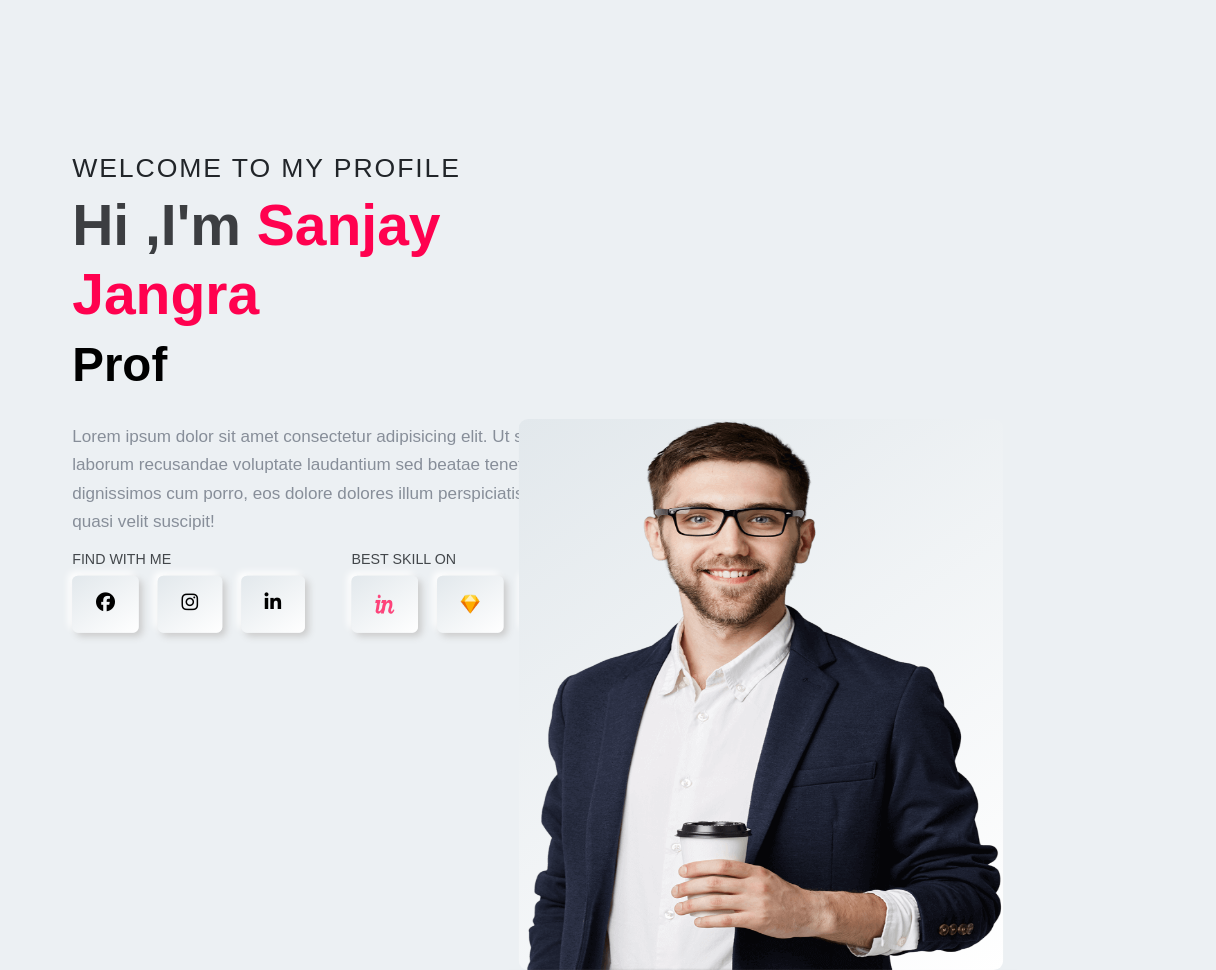
Repository: Sanjayjangra88/PortFolio
Page: /
The author's editor kept a copy of each file at every save. The page is drawn from the files as they stood at one save, then again after the next save.
The browser window is 1280 px wide. The pictures show the whole page, at 95% of full size.
Some web libraries are served in a nearby version. The project was rebuilt for these pictures with package versions that can differ from the ones it lists, and the page was loaded fresh each time. Also part of the build but not shown: src/Components/Header/Header.jsx.

Above is the page before, as saved 2022-09-10 21:11:32.

After the next save:
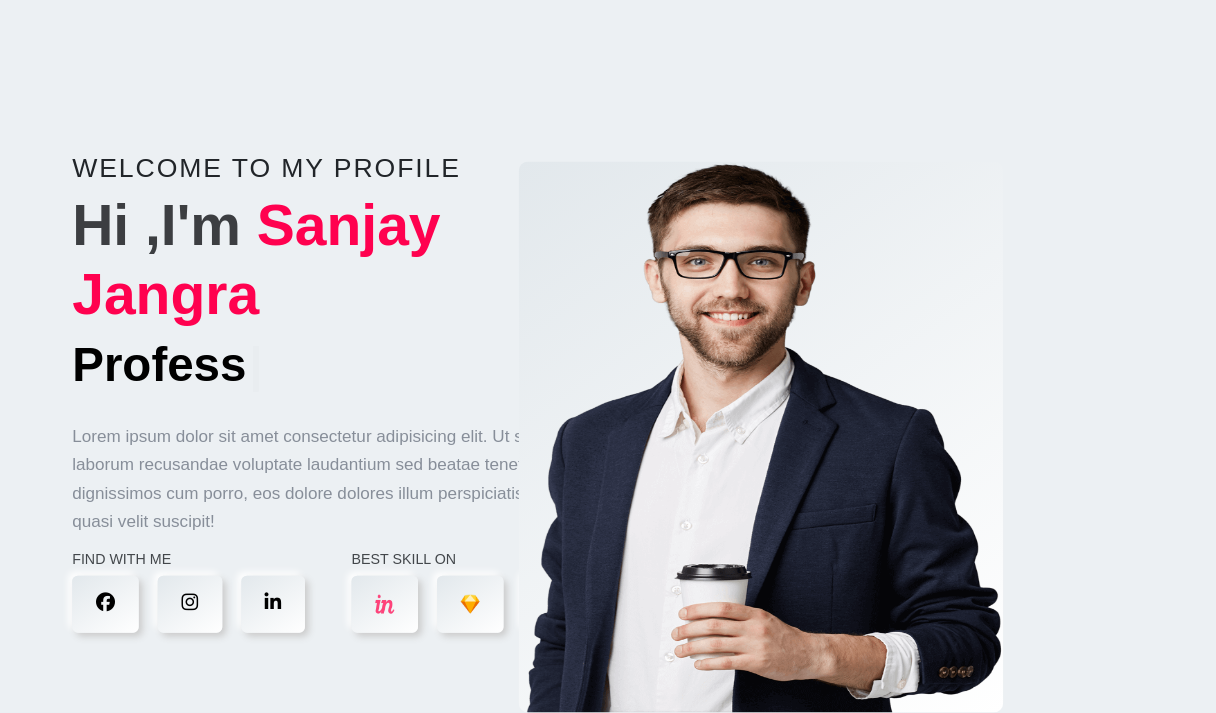
Saved 12 s later.
--- a/src/Components/Home/home.css
+++ b/src/Components/Home/home.css
@@ -63,8 +63,8 @@
     border-radius: 10px;
     height: 580px;
     width: 510px;
-    margin-top: 80%;
-    margin-left: 40%;
+    margin-top: 20%;
+    margin-left: 80%;
 }
 .hero .right_img img{
     position: absolute;
